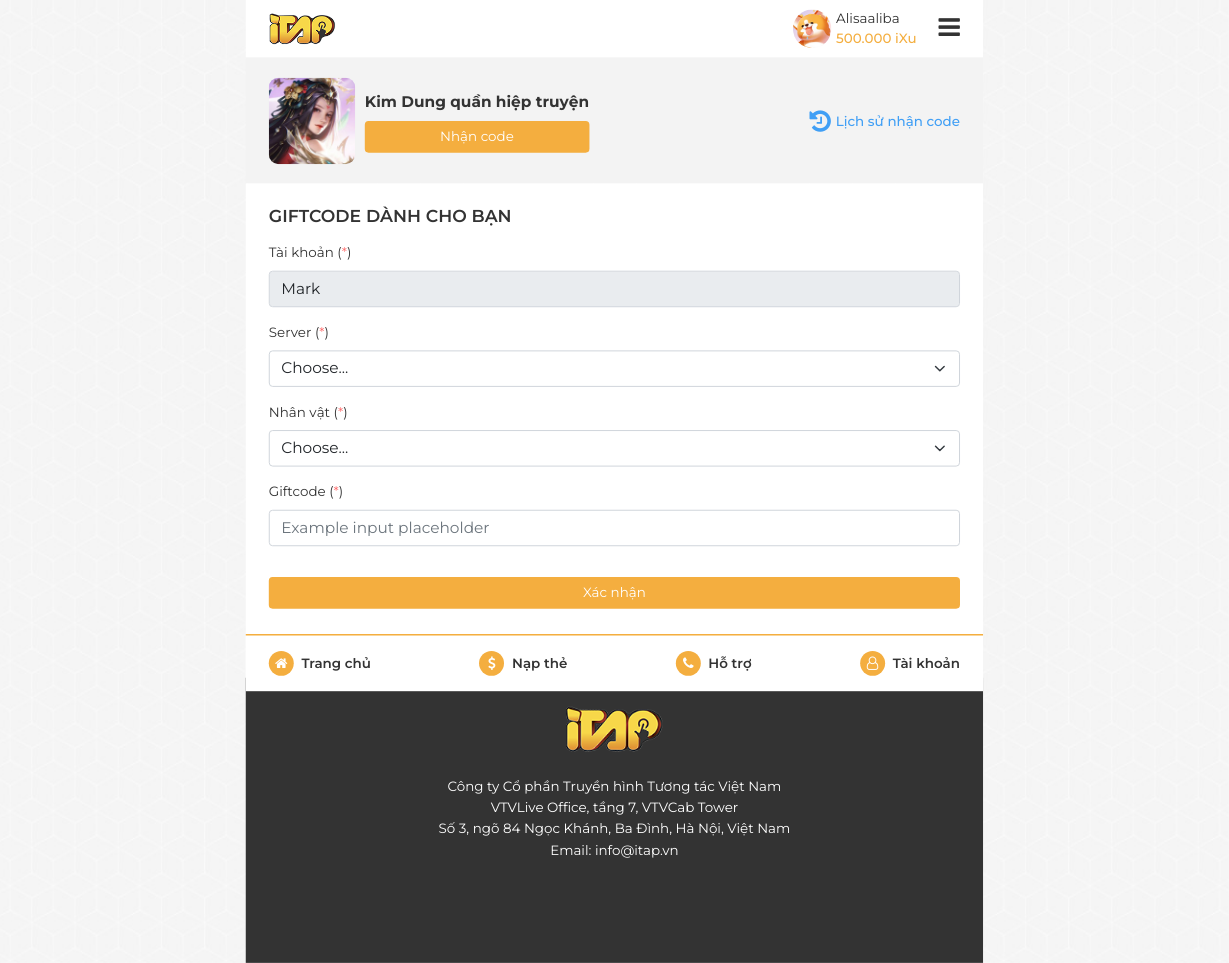
Repository: bastrxxx/portal
Page: giftcode-nhapcodean.html
These files come from the project's save history. The page is drawn as it stood at one moment and after the next save; the edit follows.
The browser window is 1280 px wide. The pictures show the whole page, at 96% of full size.
Some web libraries are served in a nearby version. The style sheet was rebuilt from its Sass, Less or Tailwind sources for each picture, by a compiler version that may differ from the author's.

Above is the page before, as saved 2021-11-16 14:53:25.

After the next save:
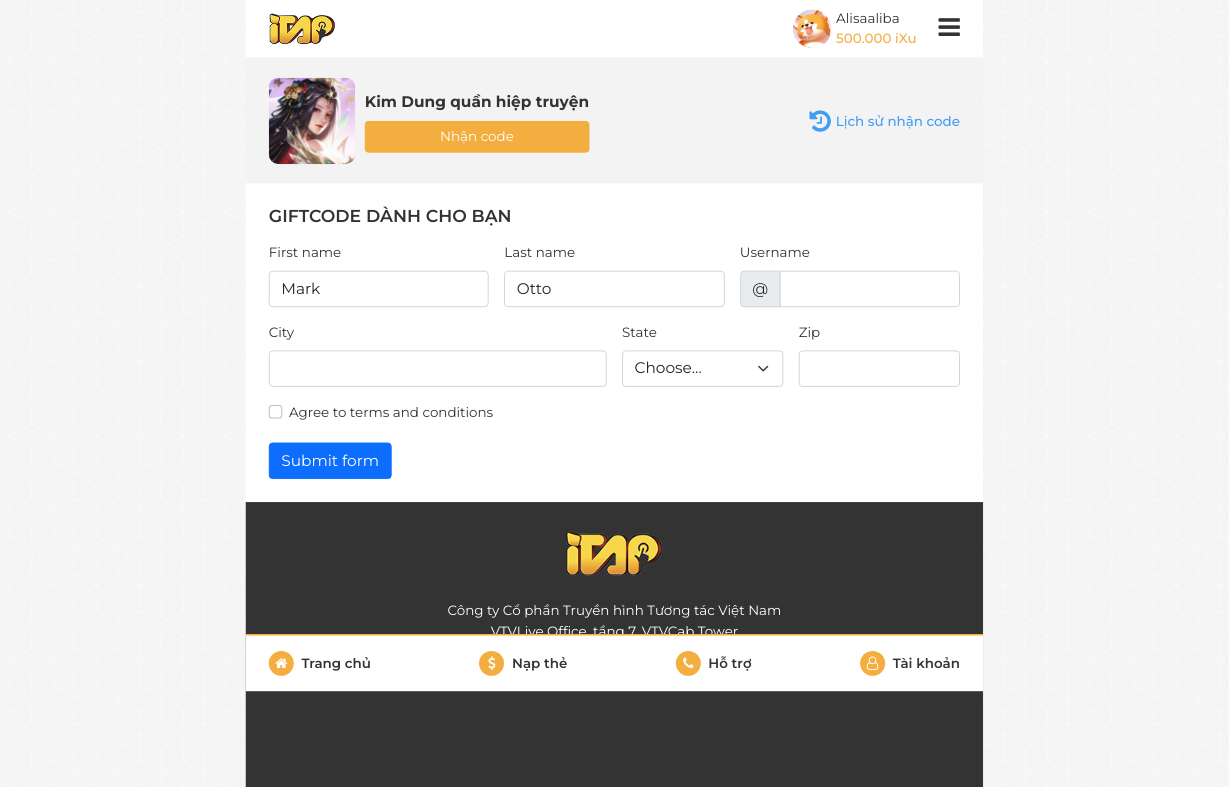
Saved 18 s later.
--- a/giftcode-nhapcodean.html
+++ b/giftcode-nhapcodean.html
@@ -112,7 +112,7 @@
             </div>
 			<div class="container">
 				<h5 class="title-cate mb-3">Giftcode dành cho bạn</h5>
-				<form class="row needs-validation" novalidate>
+				<!-- <form class="row needs-validation" novalidate>
 					<fieldset disabled>
 						<div class="mb-3">
 						<label for="disabledTextInput" class="form-label">Tài khoản &#40;<span class="error">*</span>&#41;</label>
@@ -151,7 +151,71 @@
 					<div class="col-12 mt-3 mb-5">
 						<button class="btn xacnhan btn-primary" type="submit">Xác nhận</button>
 					</div>
-				</form>
+				</form> -->
+				<form class="row g-3 needs-validation" novalidate>
+					<div class="col-md-4">
+					  <label for="validationCustom01" class="form-label">First name</label>
+					  <input type="text" class="form-control" id="validationCustom01" value="Mark" required>
+					  <div class="valid-feedback">
+						Looks good!
+					  </div>
+					</div>
+					<div class="col-md-4">
+					  <label for="validationCustom02" class="form-label">Last name</label>
+					  <input type="text" class="form-control" id="validationCustom02" value="Otto" required>
+					  <div class="valid-feedback">
+						Looks good!
+					  </div>
+					</div>
+					<div class="col-md-4">
+					  <label for="validationCustomUsername" class="form-label">Username</label>
+					  <div class="input-group has-validation">
+						<span class="input-group-text" id="inputGroupPrepend">@</span>
+						<input type="text" class="form-control" id="validationCustomUsername" aria-describedby="inputGroupPrepend" required>
+						<div class="invalid-feedback">
+						  Please choose a username.
+						</div>
+					  </div>
+					</div>
+					<div class="col-md-6">
+					  <label for="validationCustom03" class="form-label">City</label>
+					  <input type="text" class="form-control" id="validationCustom03" required>
+					  <div class="invalid-feedback">
+						Please provide a valid city.
+					  </div>
+					</div>
+					<div class="col-md-3">
+					  <label for="validationCustom04" class="form-label">State</label>
+					  <select class="form-select" id="validationCustom04" required>
+						<option selected disabled value="">Choose...</option>
+						<option>...</option>
+					  </select>
+					  <div class="invalid-feedback">
+						Please select a valid state.
+					  </div>
+					</div>
+					<div class="col-md-3">
+					  <label for="validationCustom05" class="form-label">Zip</label>
+					  <input type="text" class="form-control" id="validationCustom05" required>
+					  <div class="invalid-feedback">
+						Please provide a valid zip.
+					  </div>
+					</div>
+					<div class="col-12">
+					  <div class="form-check">
+						<input class="form-check-input" type="checkbox" value="" id="invalidCheck" required>
+						<label class="form-check-label" for="invalidCheck">
+						  Agree to terms and conditions
+						</label>
+						<div class="invalid-feedback">
+						  You must agree before submitting.
+						</div>
+					  </div>
+					</div>
+					<div class="col-12">
+					  <button class="btn btn-primary" type="submit">Submit form</button>
+					</div>
+				  </form>
 			</div>
 		</section>
 	</div>

After the save that followed:
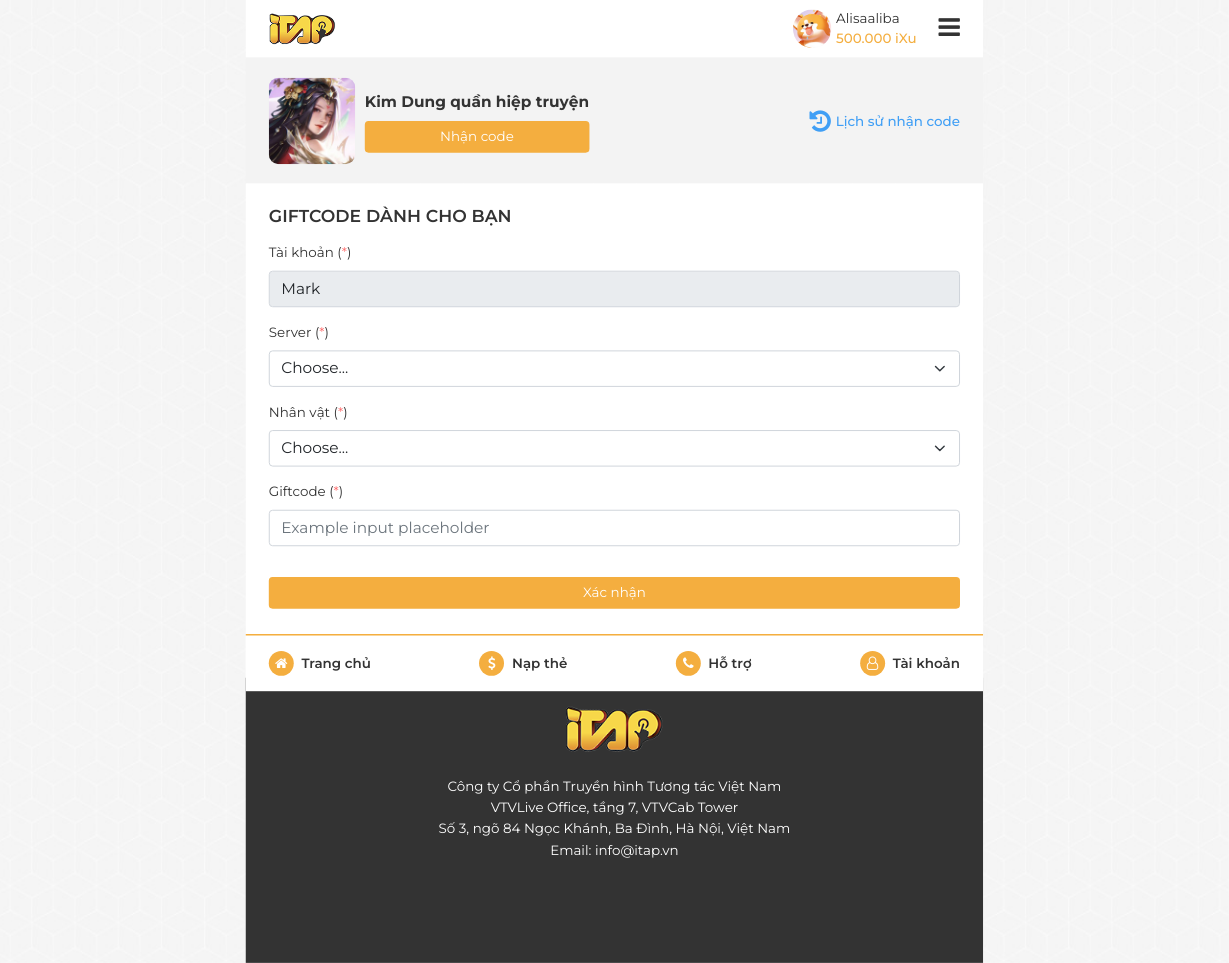
Saved 14 s later.
--- a/giftcode-nhapcodean.html
+++ b/giftcode-nhapcodean.html
@@ -112,7 +112,7 @@
             </div>
 			<div class="container">
 				<h5 class="title-cate mb-3">Giftcode dành cho bạn</h5>
-				<!-- <form class="row needs-validation" novalidate>
+				<form class="row needs-validation" novalidate>
 					<fieldset disabled>
 						<div class="mb-3">
 						<label for="disabledTextInput" class="form-label">Tài khoản &#40;<span class="error">*</span>&#41;</label>
@@ -151,71 +151,7 @@
 					<div class="col-12 mt-3 mb-5">
 						<button class="btn xacnhan btn-primary" type="submit">Xác nhận</button>
 					</div>
-				</form> -->
-				<form class="row g-3 needs-validation" novalidate>
-					<div class="col-md-4">
-					  <label for="validationCustom01" class="form-label">First name</label>
-					  <input type="text" class="form-control" id="validationCustom01" value="Mark" required>
-					  <div class="valid-feedback">
-						Looks good!
-					  </div>
-					</div>
-					<div class="col-md-4">
-					  <label for="validationCustom02" class="form-label">Last name</label>
-					  <input type="text" class="form-control" id="validationCustom02" value="Otto" required>
-					  <div class="valid-feedback">
-						Looks good!
-					  </div>
-					</div>
-					<div class="col-md-4">
-					  <label for="validationCustomUsername" class="form-label">Username</label>
-					  <div class="input-group has-validation">
-						<span class="input-group-text" id="inputGroupPrepend">@</span>
-						<input type="text" class="form-control" id="validationCustomUsername" aria-describedby="inputGroupPrepend" required>
-						<div class="invalid-feedback">
-						  Please choose a username.
-						</div>
-					  </div>
-					</div>
-					<div class="col-md-6">
-					  <label for="validationCustom03" class="form-label">City</label>
-					  <input type="text" class="form-control" id="validationCustom03" required>
-					  <div class="invalid-feedback">
-						Please provide a valid city.
-					  </div>
-					</div>
-					<div class="col-md-3">
-					  <label for="validationCustom04" class="form-label">State</label>
-					  <select class="form-select" id="validationCustom04" required>
-						<option selected disabled value="">Choose...</option>
-						<option>...</option>
-					  </select>
-					  <div class="invalid-feedback">
-						Please select a valid state.
-					  </div>
-					</div>
-					<div class="col-md-3">
-					  <label for="validationCustom05" class="form-label">Zip</label>
-					  <input type="text" class="form-control" id="validationCustom05" required>
-					  <div class="invalid-feedback">
-						Please provide a valid zip.
-					  </div>
-					</div>
-					<div class="col-12">
-					  <div class="form-check">
-						<input class="form-check-input" type="checkbox" value="" id="invalidCheck" required>
-						<label class="form-check-label" for="invalidCheck">
-						  Agree to terms and conditions
-						</label>
-						<div class="invalid-feedback">
-						  You must agree before submitting.
-						</div>
-					  </div>
-					</div>
-					<div class="col-12">
-					  <button class="btn btn-primary" type="submit">Submit form</button>
-					</div>
-				  </form>
+				</form>
 			</div>
 		</section>
 	</div>
